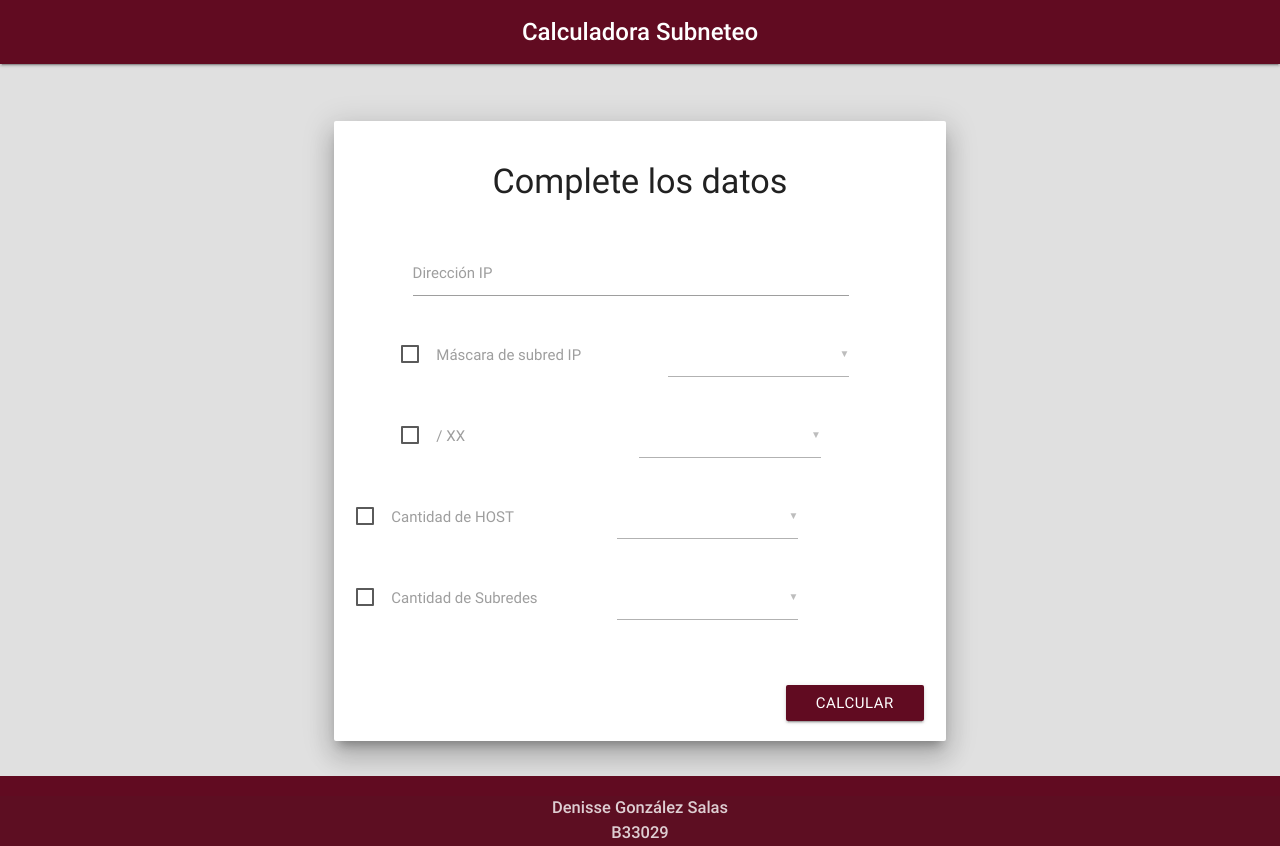
Repository: DenisseGS/Subnet-Calc
Page: http://localhost/
The author's editor kept a record of every edit. The page is drawn from the files as they stood at one moment, then again after the next edit.
The browser window is 1280 px wide. The pictures show the whole page.
Some web libraries are served in a nearby version. The page is served by the project's Laravel application, run on PHP 8.4 with Laravel 8. Other server files are loaded and not shown. Queries for data that is not in the repository find no rows.

Above is the page before.

### routes/web.php
<?php

/*
|--------------------------------------------------------------------------
| Web Routes
|--------------------------------------------------------------------------
|
| Here is where you can register web routes for your application. These
| routes are loaded by the RouteServiceProvider within a group which
| contains the "web" middleware group. Now create something great!
|
*/

Route::get('/', 'CalculadoraController@home');

Auth::routes();

Route::get('/home', 'HomeController@index');

Auth::routes();

Route::get('/home', 'HomeController@index');

Auth::routes();

Route::get('/home', 'HomeController@index');


Route::get('/calcular', 'CalculadoraController@principal');

### app/MascaraXX.php
<?php

namespace App;

use Illuminate\Database\Eloquent\Model;

class MascaraXX extends Model
{
    protected $table = 'mascara/XX';

    protected $primaryKey = 'IDMascaraXX';

    protected $fillable = array('Valor');

    public $timestamps = false;

}

### app/MascaraIP.php
<?php

namespace App;

use Illuminate\Database\Eloquent\Model;

class MascaraIP extends Model
{
    protected $table = 'mascaraIP';

    protected $primaryKey = 'IDMascaraIP';

    protected $fillable = array('Valor');

    public $timestamps = false;
}

### app/Host.php
<?php

namespace App;

use Illuminate\Database\Eloquent\Model;

class Host extends Model
{
    protected $table = 'host';

    protected $primaryKey = 'IDHost';

    protected $fillable = array('Valor');

    public $timestamps = false;
}

### app/Subred.php
<?php

namespace App;

use Illuminate\Database\Eloquent\Model;

class Subred extends Model
{
    protected $table = 'subred';

    protected $primaryKey = 'IDSubred';

    protected $fillable = array('Valor');

    public $timestamps = false;
}

### app/Rangos.php
<?php

namespace App;

use Illuminate\Database\Eloquent\Model;

class Rangos extends Model
{
    protected $table = 'rangos';

    protected $primaryKey = 'IDRango';

    protected $fillable = array('DireccionRed', 'HostInicial', 'HostFinal', 'Broadcast');

    public $timestamps = false;
}

### resources/views/Calculadora.blade.php
@extends('layouts.app')

@section('content')
<div class="container">
    <div class="row">
        <br><br>

          @if(session()->has('msj'))
            <div class="col s12 m3 l2"></div>
            <div class="col s12 m4 l8 card-panel red lighten-3 center-align">
              <span class="white-text">{{session('msj')}}</span>
            </div><br><br>
          @endif

        <div class="col s12 m3 l2"></div>
        <div class=" col s12 m4 l8 card-panel z-depth-5">
            <div class="row">
              <div class="col s12 m4 l4"></div>
              <br><h4 class="center-align">Complete los datos</h4>
              <div class="col s12 m4 l4"></div>
            </div>

            <div class="row">
                <form class="col s12" method="GET" action="/calcular">
                  {{ csrf_field() }}

                  <div class="row">
                    <div class="input-field col"></div><div class="input-field col"></div><div class="input-field col"></div>

                    <div class="input-field col m9">
                      <input id="direccionIP" name="direccionIP" type="text" class="validate"  required oninvalid="this.setCustomValidity('Debe ingresar una dirección IP con el formato: X.X.X.X')"
                        oninput="setCustomValidity('')" required>
                      <label for="direccionIP">Dirección IP</label>
                    </div>

                    <div class="input-field col s5">
                        <div class="input-field col"></div><div class="input-field col"></div>
                        <input type="checkbox" id="checkMascaraIP"/>
                        <label for="checkMascaraIP">Máscara de subred IP</label><br><br>
                    </div>

                    <div class="input-field col"></div><div class="input-field col"></div><div class="input-field col"></div>

                    <div class="input-field col s4">
                        <select id='mascaraIP' name='mascaraIP' disabled>
                          @foreach ($mascarasIP as $maskIP)
                            <option value="{{ $maskIP->IDMascaraIP }}">{{ $maskIP->Valor }}</option>
                          @endforeach
                        </select>
                    </div>

                    <div class="input-field col"></div><div class="input-field col"></div><div class="input-field col"></div>

                    <div class="input-field col s4">
                        <div class="input-field col"></div><div class="input-field col"></div>
                        <input type="checkbox" id="checkmascaraXX"/>
                        <label for="checkmascaraXX">/ XX</label><br><br>
                    </div>

                    <div class="input-field col"></div><div class="input-field col"></div><div class="input-field col"></div><div class="input-field col"></div>

                    <div class="input-field col s4">
                        <select id="mascaraXX" name='mascaraXX' disabled>
                          @foreach ($mascarasXX as $maskXX)
                            <option value="{{ $maskXX->IDMascaraXX }}">{{ $maskXX->Valor }}</option>
                          @endforeach
                        </select>
                    </div>

                    <div class="input-field col"></div><div class="input-field col"></div><div class="input-field col"></div>

                    <div class="input-field col s4">
                        <input type="checkbox" id="checkHost"/>
                        <label for="checkHost">Cantidad de HOST</label><br><br>
                    </div>

                    <div class="input-field col"></div><div class="input-field col"></div><div class="input-field col"></div>

                    <div class="input-field col s4">
                        <select id='hosts' name='hosts' disabled>
                          @foreach ($hosts as $host)
                            <option value="{{ $host->Valor }}">{{ $host->Valor }}</option>
                          @endforeach
                        </select>
                    </div>

                    <div class="input-field col"></div><div class="input-field col"></div><div class="input-field col"></div>

                    <div class="input-field col s4">
                        <input type="checkbox" id="checkSubredes"/>
                        <label for="checkSubredes">Cantidad de Subredes</label><br><br>
                    </div>

                    <div class="input-field col"></div><div class="input-field col"></div><div class="input-field col"></div>

                    <div class="input-field col s4">
                        <select id="subredes" name='subredes' disabled>
                          @foreach ($subredes as $subred)
                            <option value="{{ $subred->Valor }}">{{ $subred->Valor }}</option>
                          @endforeach
                        </select>
                    </div>
                  </div>

                  <div class="col s12">
                        <br>
                        <button class="btn waves-effect waves-light btn right" type="submit" name="action">Calcular</button>
                  </div>

                </form>
            </div>
        </div>
    </div>
</div>

<script>

window.onload = function() {

   $('select').material_select();

    $("#checkmascaraXX").change(function() {
        if($("#checkmascaraXX").is(':checked')) {
            $("#mascaraXX").prop('disabled', false);
            $("#checkMascaraIP").prop('disabled', true);
            $('select').material_select();
        } else {
            $("#mascaraXX").prop('disabled', true);
            $("#checkMascaraIP").prop('disabled', false);
            $('select').material_select();
        }
    });

    $("#checkMascaraIP").change(function() {
        if($("#checkMascaraIP").is(':checked')) {
            $("#mascaraIP").prop('disabled', false);
            $("#checkmascaraXX").prop('disabled', true);
            $('select').material_select();
        } else {
            $("#mascaraIP").prop('disabled', true);
            $("#checkmascaraXX").prop('disabled', false);
            $('select').material_select();
        }
    });

        $("#checkHost").change(function() {
        if($("#checkHost").is(':checked')) {
            $("#hosts").prop('disabled', false);
            $("#checkSubredes").prop('disabled', true);
            $('select').material_select();
        } else {
            $("#hosts").prop('disabled', true);
            $("#checkSubredes").prop('disabled', false);
            $('select').material_select();
        }
    });

    $("#checkSubredes").change(function() {
        if($("#checkSubredes").is(':checked')) {
            $("#subredes").prop('disabled', false);
            $("#checkHost").prop('disabled', true);
            $('select').material_select();
        } else {
            $("#subredes").prop('disabled', true);
            $("#checkHost").prop('disabled', false);
            $('select').material_select();
        }
    });

}

</script>

@endsection

### resources/views/layouts/app.blade.php
<!DOCTYPE html>
<html lang="{{ config('app.locale') }}">
<head>
    <meta charset="utf-8">
    <meta http-equiv="X-UA-Compatible" content="IE=edge">
    <meta name="viewport" content="width=device-width, initial-scale=1">

    <!-- CSRF Token -->
    <meta name="csrf-token" content="{{ csrf_token() }}">

    <title>{{ config('app.name', 'Calculadora_CIDR') }}</title>

    <!-- Styles
    <link href="{{ asset('css/app.css') }}" rel="stylesheet"> -->
    <link type="text/css" rel="stylesheet" href="style/css/materialize.min.css"  media="screen,projection"/>
    <link type="text/css" rel="stylesheet" href="style/css/master.css"/>

    <!-- Scripts -->
    <script>
        window.Laravel = {!! json_encode([
            'csrfToken' => csrf_token(),
        ]) !!};
    </script>

    <style>

         #body {
            display: flex;
            min-height: 100vh;
            flex-direction: column;
            background-color: #e0e0e0;
            font-size: 110%;
         }

         #main {
            flex: 1 0 auto;
         }

        #footer, #nav, .btn {
            background-color: #610B21;
        }

        #tamanoFooter { height: 50px; }

        .btn:hover {
            background-color: #840f2d;
        }

        .dropdown-content li > a, .dropdown-content li > span {
            color: #840f2d;
        }

        [type="checkbox"]:checked + label:before {
            border-right: 2px solid #840f2d;
            border-bottom: 2px solid #840f2d;
        }

        input[type=text]:focus:not([readonly]) + label {
          color: #840f2d;
          font-size: 100%;
        }

        input[type=checkbox]:focus:not([readonly]) + label {
          color: #840f2d;
          font-size: 95%;
        }

        form label{font-size: 100%; color: #840f2d;}

        input[type=text]:focus:not([readonly]) {
          border-bottom: 1px solid #840f2d;
          box-shadow: 0 1px 0 0 #840f2d;
        }

    </style>

</head>

<body id="body">
        <header>
            <nav id="nav">
                <div class="nav-wrapper">
                    <div class="container center">
                        <font size=5><strong>Calculadora Subneteo</strong></font>
                    </div>
                </div>
            </nav>
        </header>

        <main id="main">
          <div class= "content">
            @yield('content')
          </div>
        </main>

        <footer id="footer" class="page-footer">
          <div id="tamanoFooter" class="footer-copyright">
            <div class="container center">
                <div class="col l6 s12">
                    <strong>Denisse González Salas</strong>
                    <br>
                    <strong>B33029</strong>
              </div>
            </div>
          </div>
        </footer>

    <!-- Scripts -->
    <script src="{{ asset('js/app.js') }}"></script>
    <script type="text/javascript" src="https://code.jquery.com/jquery-2.1.1.min.js"></script>
    <script type="text/javascript" src="https://cdnjs.cloudflare.com/ajax/libs/jquery-validate/1.16.0/jquery.validate.min.js"></script>
    <script type="text/javascript" src="style/js/materialize.min.js"></script>

</html>

### public/style/css/master.css
  #body {
    display: flex;
    min-height: 100vh;
    flex-direction: column;
    background-color: #e0e0e0;
  }

  #main {
    flex: 1 0 auto;
  }

Loaded but not shown: app/Http/Controllers/Controller.php (common file); public/style/css/materialize.min.css (library); public/js/app.js (library); public/style/js/materialize.min.js (library); app/Http/Controllers/CalculadoraController.php (329 lines, source omitted)

After the next edit:
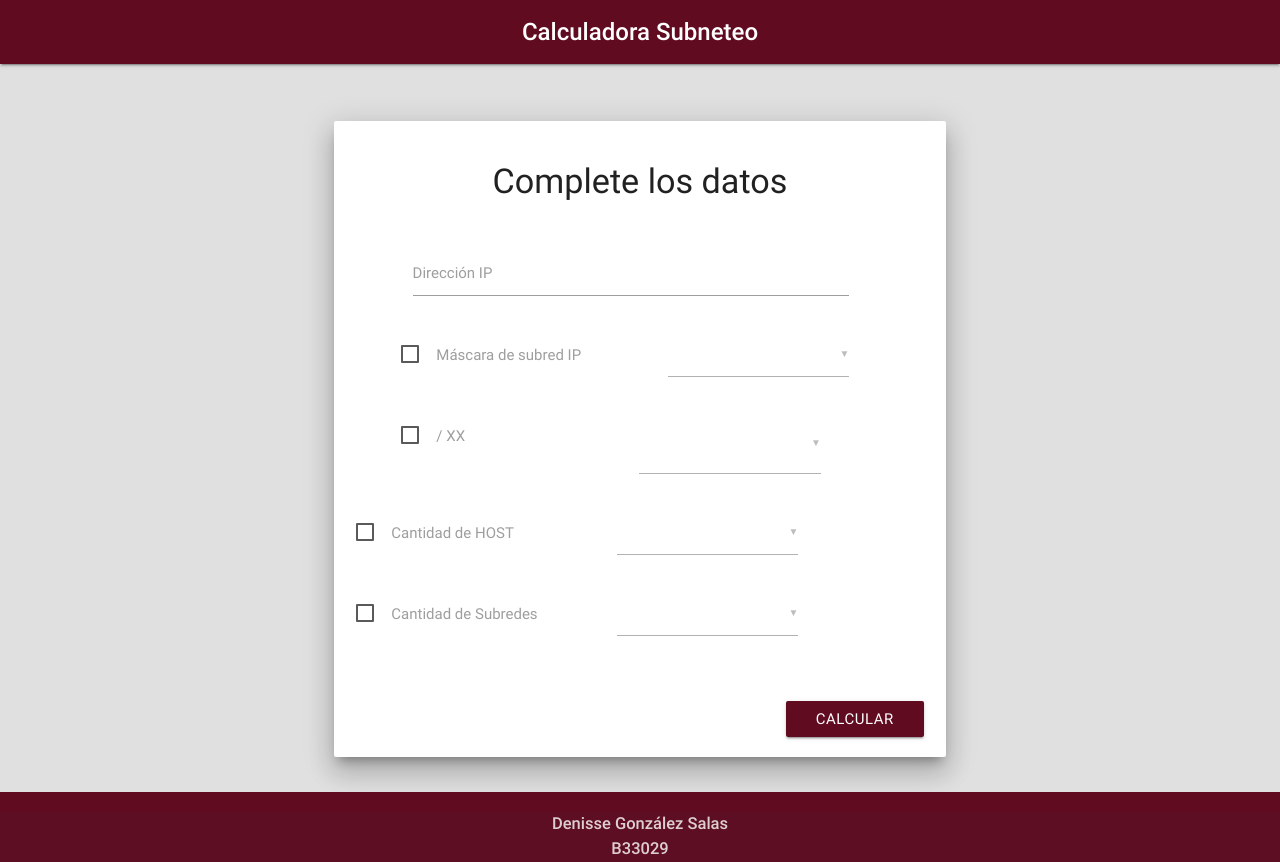
The edit:
--- a/resources/views/Calculadora.blade.php
+++ b/resources/views/Calculadora.blade.php
@@ -60,6 +60,7 @@
                     <div class="input-field col"></div><div class="input-field col"></div><div class="input-field col"></div><div class="input-field col"></div>
 
                     <div class="input-field col s4">
+                      <div class="input-field col"></div>
                         <select id="mascaraXX" name='mascaraXX' disabled>
                           @foreach ($mascarasXX as $maskXX)
                             <option value="{{ $maskXX->IDMascaraXX }}">{{ $maskXX->Valor }}</option>
